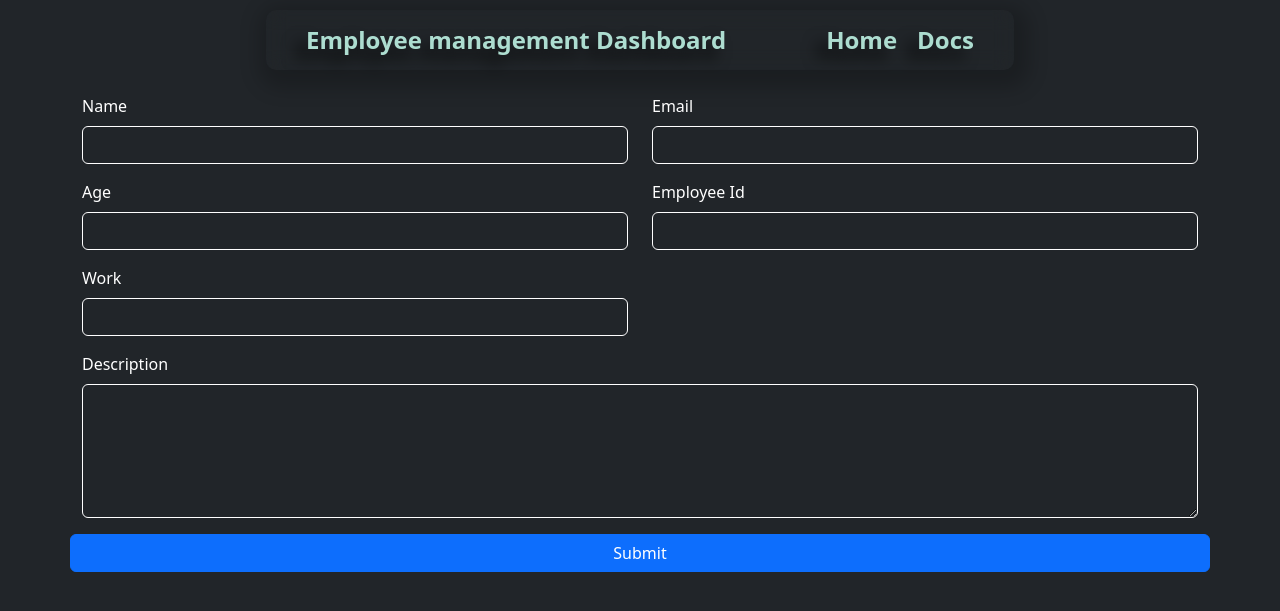
Repository: iamevs/Employee-Management-System
Page: /register (app in client/)
These files come from the project's save history. The page is drawn as it stood at one moment and after the next save; the edit follows.
The browser window is 1280 px wide. The pictures show the whole page.
The project was rebuilt for these pictures with package versions that can differ from the ones it lists, and the page was loaded fresh each time. Also part of the build but not shown: client/vite.config.js, client/src/components/Home.jsx, client/src/components/Edit.jsx, client/src/components/Hero.jsx. Imported but missing from the stored project, and not drawn on this page: client/src/components/Details.

Above is the page before, as saved 2022-11-29 00:48:22.

After the next save:
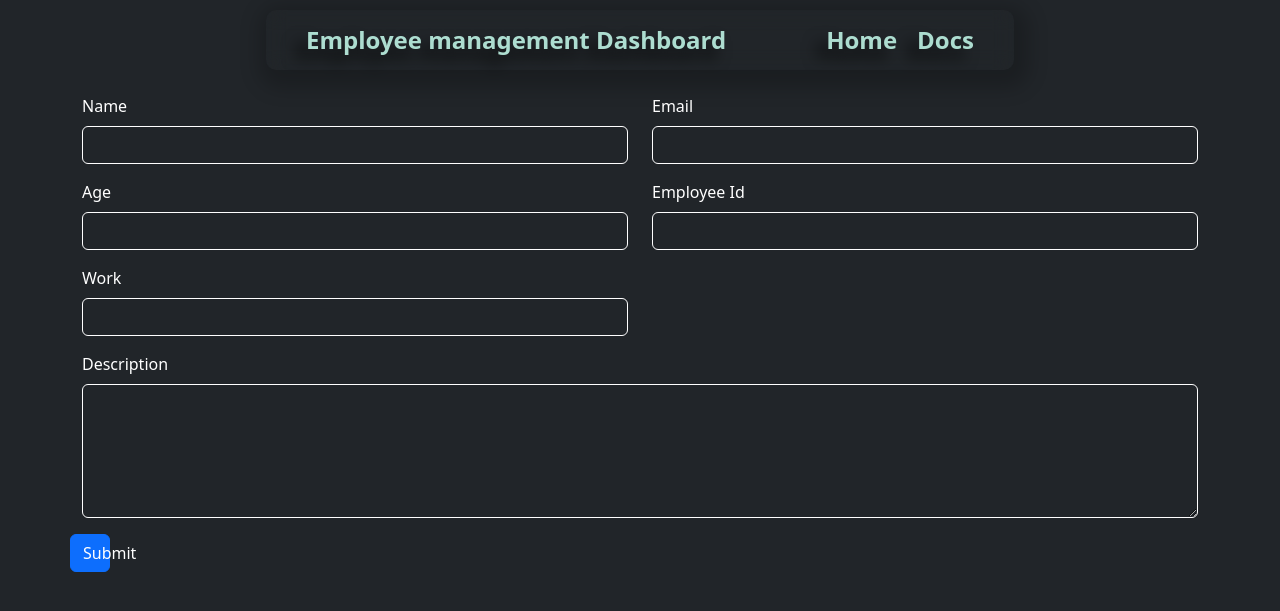
Saved 23 s later.
--- a/client/src/components/Register.jsx
+++ b/client/src/components/Register.jsx
@@ -107,7 +107,7 @@ const Register = () => {
                         <textarea name="desc" value={inpval.desc} onChange={setdata} className="form-control" id="" cols="30" rows="5"></textarea>
                     </div>
 
-                    <button type="submit" onClick={addinpdata} class="btn btn-primary">Submit</button>
+                    <button type="submit" onClick={addinpdata} class="btn btn-primary" style={{width: "40px"}}>Submit</button>
                 </div>
             </form>
         </div>
